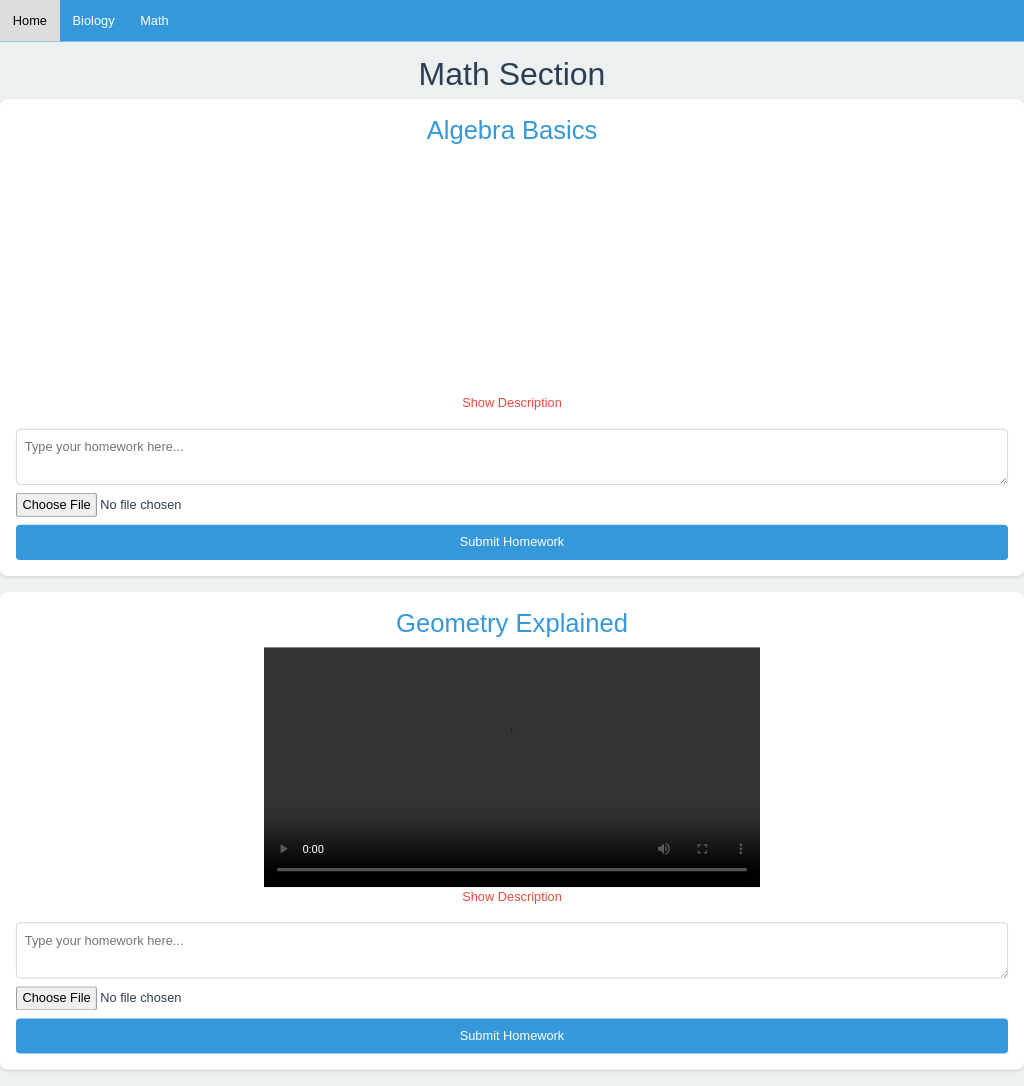
Repository: krmvz/BEMath.kg
Page: /math
These files come from the project's save history. The page is drawn as it stood at one moment and after the next save; the edit follows.
The browser window is 1280 px wide. The pictures show the whole page, at 80% of full size.
Pictures or frames that could not be fetched are drawn as grey boxes. The project was rebuilt for these pictures with package versions that can differ from the ones it lists, and the page was loaded fresh each time. Also part of the build but not shown: src/firebase.js, src/components/auth/sign.scss, src/components/auth/SignIn.jsx, src/components/auth/SignUp.jsx, src/components/dashboard/Dashboard.jsx, src/components/Biology/biology.jsx.

Above is the page before, as saved 2023-12-18 22:38:20.

### src/App.js
import './App.css';
import SignIn from './components/auth/SignIn';
import SignUp from './components/auth/SignUp';
// import AuthDetails from './components/AuthDetails';
import {BrowserRouter, Route, Routes } from "react-router-dom";
import React from 'react';
import Dashboard from './components/dashboard/Dashboard';
import "bootstrap/dist/css/bootstrap.min.css";
import Biology from './components/Biology/biology';
import Math from './components/Math/math';

function App() {
  return (
    <div className="App">
      <BrowserRouter>
        <Routes>
          <Route exact path="/" element={<SignIn/>}></Route>
          <Route exact path="/d" element={<SignUp/>}></Route>
          <Route exact path="/dashboard" element={<Dashboard/>}></Route>
          <Route exact path="/bio" element={<Biology/>}></Route>
          <Route exact path="/eng" element={<Dashboard/>}></Route>
          <Route exact path="/math" element={<Math/>}></Route>

        </Routes>
      </BrowserRouter>
    </div>
  );
}

export default App;

### src/components/Math/math.jsx
// Math.jsx

import React, { useState } from 'react';
import { Link } from 'react-router-dom'; // Import Link from react-router-dom
import './math.scss'; // Make sure to create a math.scss file for styling
import ReactPlayer from 'react-player';

const Math = () => {
  const [showDescription, setShowDescription] = useState(false);
  const [homework, setHomework] = useState('');
  const [submittedHomework, setSubmittedHomework] = useState(null);
  const [file, setFile] = useState(null);

  const mathVideos = [
    { id: 1, url: 'https://www.youtube.com/watch?v=NybHckSEQBI', title: 'Algebra Basics', description: 'An introduction to fundamental algebra concepts.' },
    { id: 2, url: 'https://www.youtube.com/watch?v=example2', title: 'Geometry Explained', description: 'Exploring key principles in geometry.' },
    // Add more videos as needed
  ];

  const toggleDescription = () => {
    setShowDescription(!showDescription);
  };

  const handleHomeworkChange = (event) => {
    setHomework(event.target.value);
  };

  const handleFileChange = (event) => {
    setFile(event.target.files[0]);
  };

  const handleSubmitHomework = (videoTitle) => {
    // Handle the submission of homework (you can send it to a server or store it locally)
    setSubmittedHomework(`Homework for "${videoTitle}": ${homework}`);
    setHomework('');
    setFile(null);
  };

  return (
    <div>
      {/* Navigation Bar */}
      <nav>
        <ul>
          <li><Link to="/">Home</Link></li>
          <li><Link to="/bio">Biology</Link></li>
          <li><Link to="/math">Math</Link></li>
          {/* Add links for other sections as needed */}
        </ul>
      </nav>

      <h1>Math Section</h1>
      <div>
        {mathVideos.map(video => (
          <div key={video.id} className="video-container">
            <h2>{video.title}</h2>
            <div className="player-wrapper">
              <ReactPlayer
                url={video.url}
                controls
                width="100%"
                height="300px"
              />
            </div>
            <p className={`description ${showDescription ? 'visible' : ''}`}>{video.description}</p>
            <div className="description-toggle" onClick={toggleDescription}>
              {showDescription ? 'Hide Description' : 'Show Description'}
            </div>

            {/* Homework Section */}
            <div className="homework-section">
              <textarea
                placeholder="Type your homework here..."
                value={homework}
                onChange={handleHomeworkChange}
              />
              <input
                type="file"
                onChange={handleFileChange}
              />
              <button onClick={() => handleSubmitHomework(video.title)}>Submit Homework</button>
              {submittedHomework && <p className="submitted-homework">{submittedHomework}</p>}
            </div>
          </div>
        ))}
      </div>
    </div>
  );
};

export default Math;

### src/components/Biology/biology.scss
// biology.scss

$primary-color: #3498db;
$background-color: #ecf0f1;
$text-color: #2c3e50;
$accent-color: #e74c3c;

body {
  font-family: 'Arial', sans-serif;
  background-color: $background-color;
  color: $text-color;
  margin: 0;
  padding: 0;
}

.video-container {
  margin-bottom: 20px;
  padding: 20px;
  border-radius: 10px;
  background-color: #fff;
  box-shadow: 0 2px 4px rgba(0, 0, 0, 0.1);

  h2 {
    color: $primary-color;
    margin-bottom: 10px;
  }

  .player-wrapper {
    width: 50%;
    margin: 0 auto;
  }

  p {
    margin-top: 10px;
    font-size: 16px;
    color: $text-color;
  }

  .description-toggle {
    cursor: pointer;
    color: $accent-color;

    &:hover {
      text-decoration: underline;
    }
  }

  .description {
    display: none;
    margin-top: 15px;

    &.visible {
      display: block;
    }
  }
  // biology.scss

// ... (previous styles)

.homework-section {
    margin-top: 20px;
    display: flex;
    flex-direction: column;

    textarea {
      margin-bottom: 10px;
      padding: 10px;
      border: 1px solid #ccc;
      border-radius: 5px;
    }

    input {
      margin-bottom: 10px;
    }

    button {
      background-color: #3498db;
      color: #fff;
      padding: 10px;
      border: none;
      border-radius: 5px;
      cursor: pointer;

      &:hover {
        background-color: #2980b9;
      }
    }

    .submitted-homework {
      margin-top: 10px;
      color: #27ae60;
    }
  }

}

### src/components/Math/math.scss
// $study-blue: #3498db;

nav {
    // background-color: #3498db;
    ul {
        list-style: none;
        padding: 0;
        background-color: #3498db;
        overflow: hidden;

        li {
        float: left;

        a {
            display: block;
            color: white;
            text-align: center;
            padding: 14px 16px;
            text-decoration: none;

            &:hover {
            background-color: #ddd;
            color: black;
            }
        }
    }
}
}

Loaded but not shown: src/index.js (common file); src/index.css (common file); src/reportWebVitals.js (common file); src/App.css (common file)

After the next save:
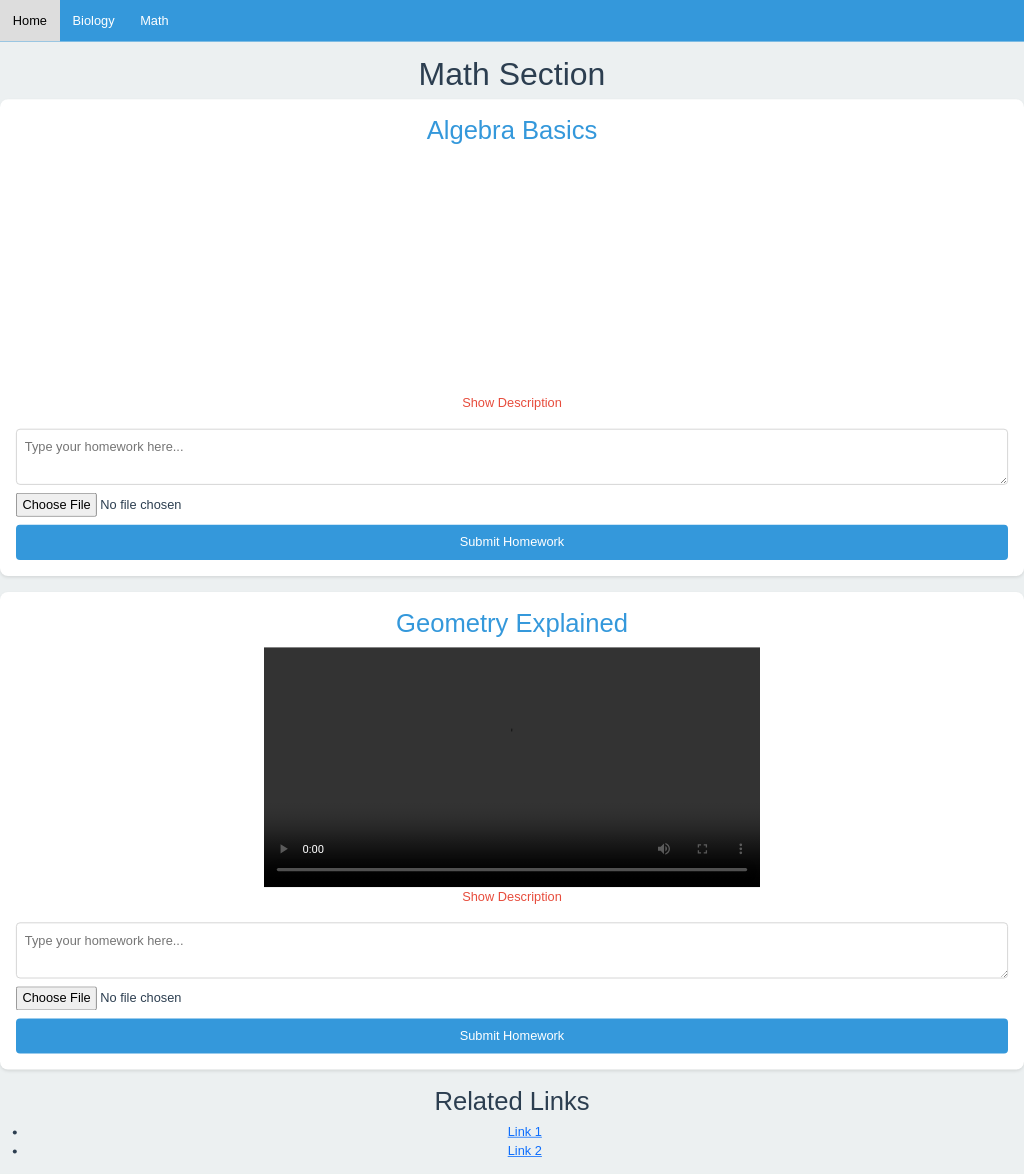
Saved 62 s later.
--- a/src/components/Math/math.jsx
+++ b/src/components/Math/math.jsx
@@ -1,8 +1,8 @@
 // Math.jsx
 
 import React, { useState } from 'react';
-import { Link } from 'react-router-dom'; // Import Link from react-router-dom
-import './math.scss'; // Make sure to create a math.scss file for styling
+import { Link } from 'react-router-dom';
+import './math.scss';
 import ReactPlayer from 'react-player';
 
 const Math = () => {
@@ -30,7 +30,6 @@
   };
 
   const handleSubmitHomework = (videoTitle) => {
-    // Handle the submission of homework (you can send it to a server or store it locally)
     setSubmittedHomework(`Homework for "${videoTitle}": ${homework}`);
     setHomework('');
     setFile(null);
@@ -38,50 +37,59 @@
 
   return (
     <div>
-      {/* Navigation Bar */}
       <nav>
         <ul>
           <li><Link to="/">Home</Link></li>
           <li><Link to="/bio">Biology</Link></li>
           <li><Link to="/math">Math</Link></li>
-          {/* Add links for other sections as needed */}
         </ul>
       </nav>
 
       <h1>Math Section</h1>
-      <div>
-        {mathVideos.map(video => (
-          <div key={video.id} className="video-container">
-            <h2>{video.title}</h2>
-            <div className="player-wrapper">
-              <ReactPlayer
-                url={video.url}
-                controls
-                width="100%"
-                height="300px"
-              />
+      <div className="content-wrapper">
+        <div className="main-content">
+          {mathVideos.map(video => (
+            <div key={video.id} className="video-container">
+              <h2>{video.title}</h2>
+              <div className="player-wrapper">
+                <ReactPlayer
+                  url={video.url}
+                  controls
+                  width="100%"
+                  height="300px"
+                />
+              </div>
+              <p className={`description ${showDescription ? 'visible' : ''}`}>{video.description}</p>
+              <div className="description-toggle" onClick={toggleDescription}>
+                {showDescription ? 'Hide Description' : 'Show Description'}
+              </div>
+
+              <div className="homework-section">
+                <textarea
+                  placeholder="Type your homework here..."
+                  value={homework}
+                  onChange={handleHomeworkChange}
+                />
+                <input
+                  type="file"
+                  onChange={handleFileChange}
+                />
+                <button onClick={() => handleSubmitHomework(video.title)}>Submit Homework</button>
+                {submittedHomework && <p className="submitted-homework">{submittedHomework}</p>}
+              </div>
             </div>
-            <p className={`description ${showDescription ? 'visible' : ''}`}>{video.description}</p>
-            <div className="description-toggle" onClick={toggleDescription}>
-              {showDescription ? 'Hide Description' : 'Show Description'}
-            </div>
+          ))}
+        </div>
 
-            {/* Homework Section */}
-            <div className="homework-section">
-              <textarea
-                placeholder="Type your homework here..."
-                value={homework}
-                onChange={handleHomeworkChange}
-              />
-              <input
-                type="file"
-                onChange={handleFileChange}
-              />
-              <button onClick={() => handleSubmitHomework(video.title)}>Submit Homework</button>
-              {submittedHomework && <p className="submitted-homework">{submittedHomework}</p>}
-            </div>
-          </div>
-        ))}
+        {/* Aside Section */}
+        <aside>
+          <h2>Related Links</h2>
+          <ul>
+            <li><a href="#">Link 1</a></li>
+            <li><a href="#">Link 2</a></li>
+            {/* Add more related links as needed */}
+          </ul>
+        </aside>
       </div>
     </div>
   );

After the save that followed:
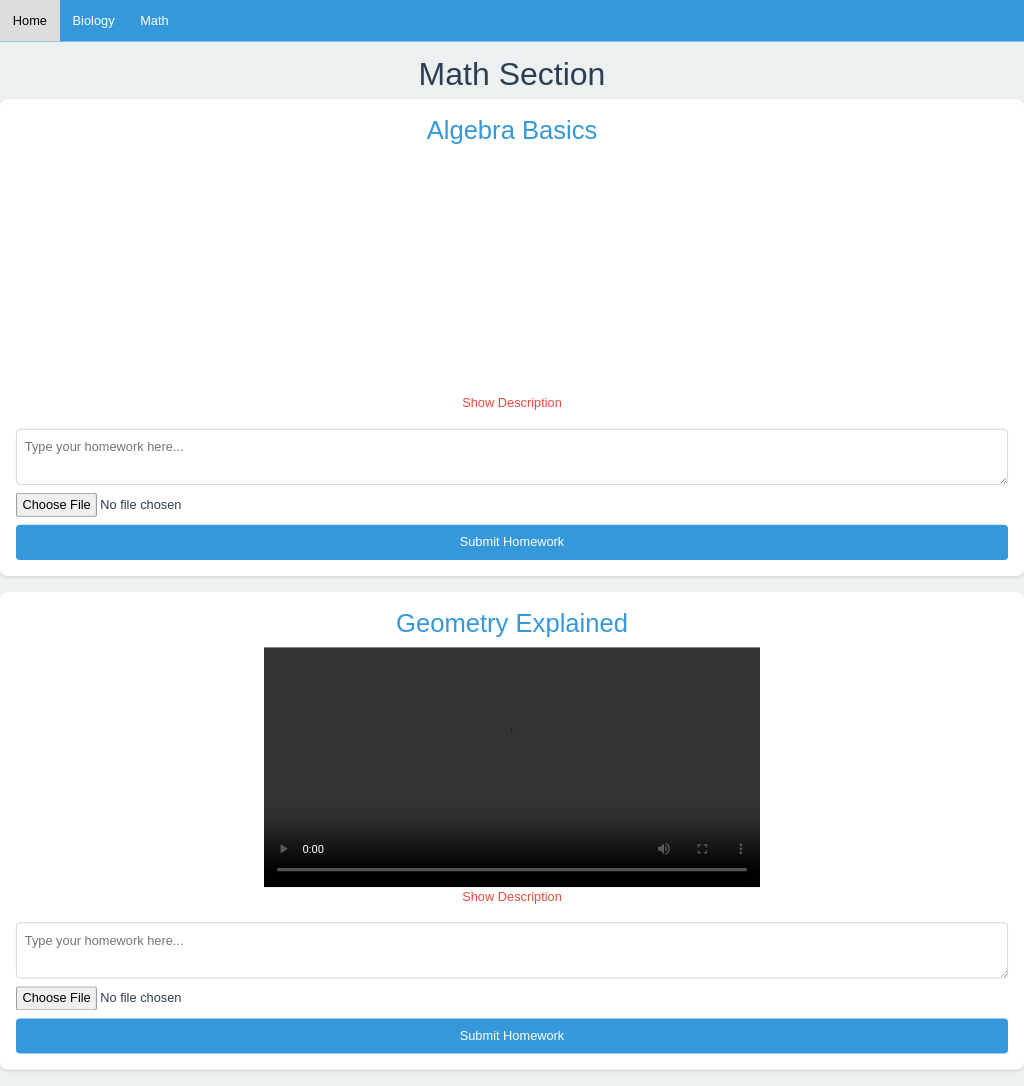
Saved 34 s later.
--- a/src/components/Math/math.jsx
+++ b/src/components/Math/math.jsx
@@ -1,8 +1,8 @@
 // Math.jsx
 
 import React, { useState } from 'react';
-import { Link } from 'react-router-dom';
-import './math.scss';
+import { Link } from 'react-router-dom'; // Import Link from react-router-dom
+import './math.scss'; // Make sure to create a math.scss file for styling
 import ReactPlayer from 'react-player';
 
 const Math = () => {
@@ -30,6 +30,7 @@
   };
 
   const handleSubmitHomework = (videoTitle) => {
+    // Handle the submission of homework (you can send it to a server or store it locally)
     setSubmittedHomework(`Homework for "${videoTitle}": ${homework}`);
     setHomework('');
     setFile(null);
@@ -37,59 +38,50 @@
 
   return (
     <div>
+      {/* Navigation Bar */}
       <nav>
         <ul>
           <li><Link to="/">Home</Link></li>
           <li><Link to="/bio">Biology</Link></li>
           <li><Link to="/math">Math</Link></li>
+          {/* Add links for other sections as needed */}
         </ul>
       </nav>
 
       <h1>Math Section</h1>
-      <div className="content-wrapper">
-        <div className="main-content">
-          {mathVideos.map(video => (
-            <div key={video.id} className="video-container">
-              <h2>{video.title}</h2>
-              <div className="player-wrapper">
-                <ReactPlayer
-                  url={video.url}
-                  controls
-                  width="100%"
-                  height="300px"
-                />
-              </div>
-              <p className={`description ${showDescription ? 'visible' : ''}`}>{video.description}</p>
-              <div className="description-toggle" onClick={toggleDescription}>
-                {showDescription ? 'Hide Description' : 'Show Description'}
-              </div>
+      <div>
+        {mathVideos.map(video => (
+          <div key={video.id} className="video-container">
+            <h2>{video.title}</h2>
+            <div className="player-wrapper">
+              <ReactPlayer
+                url={video.url}
+                controls
+                width="100%"
+                height="300px"
+              />
+            </div>
+            <p className={`description ${showDescription ? 'visible' : ''}`}>{video.description}</p>
+            <div className="description-toggle" onClick={toggleDescription}>
+              {showDescription ? 'Hide Description' : 'Show Description'}
+            </div>
 
-              <div className="homework-section">
-                <textarea
-                  placeholder="Type your homework here..."
-                  value={homework}
-                  onChange={handleHomeworkChange}
-                />
-                <input
-                  type="file"
-                  onChange={handleFileChange}
-                />
-                <button onClick={() => handleSubmitHomework(video.title)}>Submit Homework</button>
-                {submittedHomework && <p className="submitted-homework">{submittedHomework}</p>}
-              </div>
+            {/* Homework Section */}
+            <div className="homework-section">
+              <textarea
+                placeholder="Type your homework here..."
+                value={homework}
+                onChange={handleHomeworkChange}
+              />
+              <input
+                type="file"
+                onChange={handleFileChange}
+              />
+              <button onClick={() => handleSubmitHomework(video.title)}>Submit Homework</button>
+              {submittedHomework && <p className="submitted-homework">{submittedHomework}</p>}
             </div>
-          ))}
-        </div>
-
-        {/* Aside Section */}
-        <aside>
-          <h2>Related Links</h2>
-          <ul>
-            <li><a href="#">Link 1</a></li>
-            <li><a href="#">Link 2</a></li>
-            {/* Add more related links as needed */}
-          </ul>
-        </aside>
+          </div>
+        ))}
       </div>
     </div>
   );
